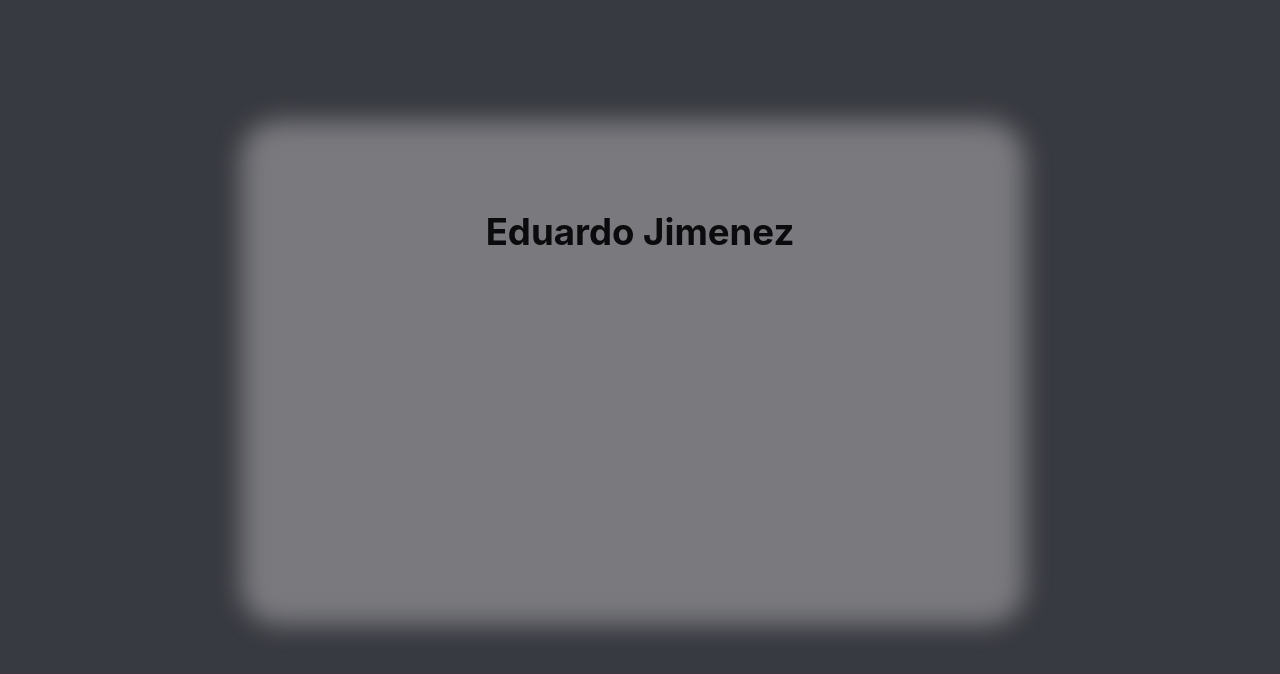
Repository: l8nightswithJS/react-my-portfolio
Page: /
An editor plug-in stored every save of this project. The page is shown before and after the next save, followed by the edit.
The browser window is 1280 px wide. The pictures show the whole page.
The project was rebuilt for these pictures with package versions that can differ from the ones it lists, and the page was loaded fresh each time.

Above is the page before, as saved 2021-04-29 12:32:00.

### src/App.js
import SplashPage from './pages/splashPage';

function App() {
  return (
    <SplashPage />
  );
}

export default App;

### src/pages/splashPage.js
import '../App.css';

function SplashPage() {
    return (
      <div className="App">
        <header className="App-header">
          <section>
            <h1>Eduardo Jimenez</h1>
          </section>
        </header>
      </div>
    );
  }

  export default SplashPage;

### src/App.css
.App {
  height: 100vh;
  width: 100%;
  text-align: center;
  background-color: rgb(56, 58, 65);
}

section {
  position: fixed;
  top: 0;
  bottom: 0;
  left: 0;
  right: 0;
  background-color: rgb(139, 138, 142);
  height: 50vh;
  width: 50vw;
  margin: auto;
  font-size: calc(10px + 2vmin);
  color: white;
  box-shadow: -1vh 1vw 2vw 10vh rgb(139, 138, 142);
  opacity: .8;
  border-radius: 1.5vh;
}

h1 {
  color: black;
}

Loaded but not shown: public/index.html (common file); src/index.js (common file); src/index.css (common file); src/reportWebVitals.js (common file)

After the next save:
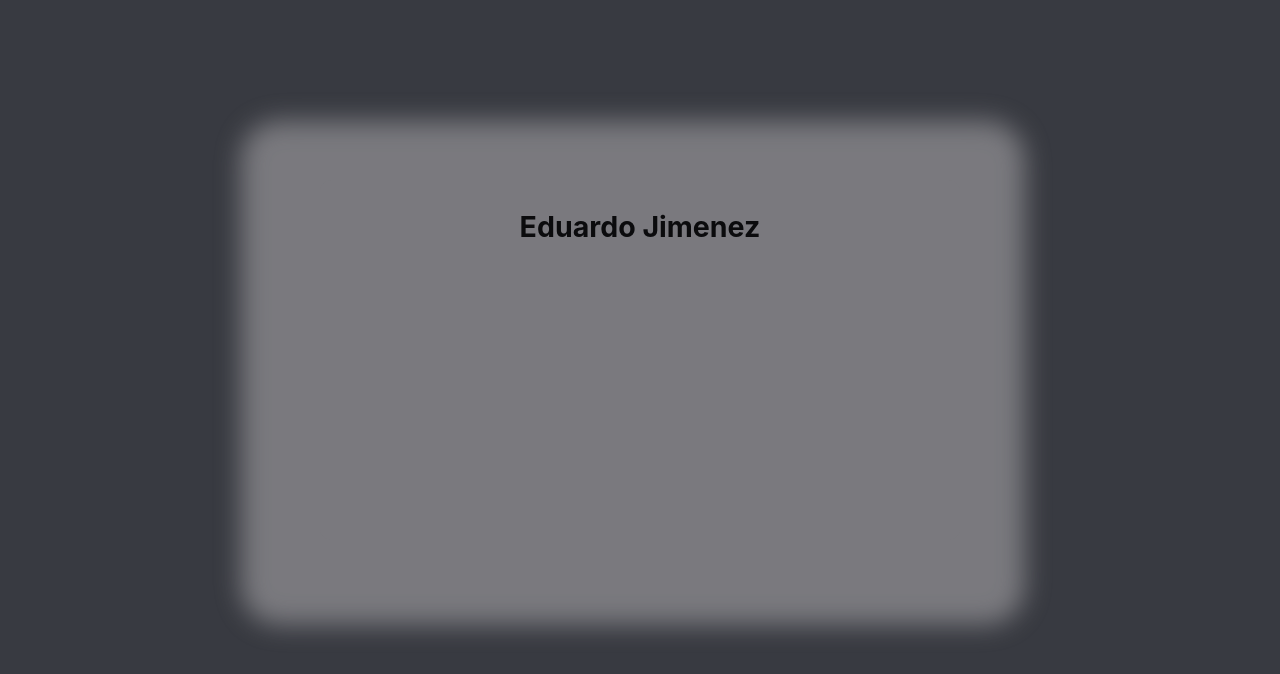
Saved 3 min 8 s later.
--- a/src/pages/splashPage.js
+++ b/src/pages/splashPage.js
@@ -2,14 +2,16 @@ import '../App.css';
 
 function SplashPage() {
     return (
-      <div className="App">
-        <header className="App-header">
-          <section>
-            <h1>Eduardo Jimenez</h1>
-          </section>
-        </header>
-      </div>
+        <div className="App">
+            <header className="App-header">
+                <section>
+                    <article>
+                        <h1>Eduardo Jimenez</h1>
+                    </article>
+                </section>
+            </header>
+        </div>
     );
-  }
+}
 
-  export default SplashPage;
+export default SplashPage;
